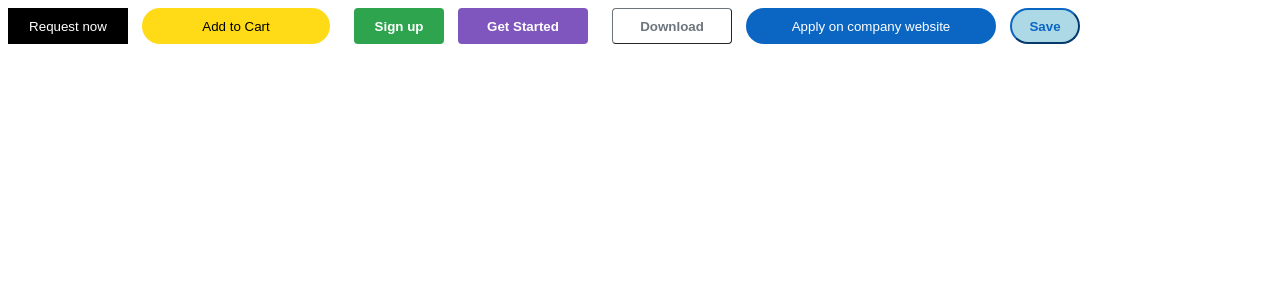
Repository: Kurumilli/Youtube
Page: Exercise3.html
An editor plug-in stored every save of this project. The page is shown before and after the next save, followed by the edit.
The browser window is 1280 px wide. The pictures show the whole page.
The pointer rests on the first visible `.linkedin2q`.

Above is the page before, as saved 2025-01-25 12:45:41.

After the next save:
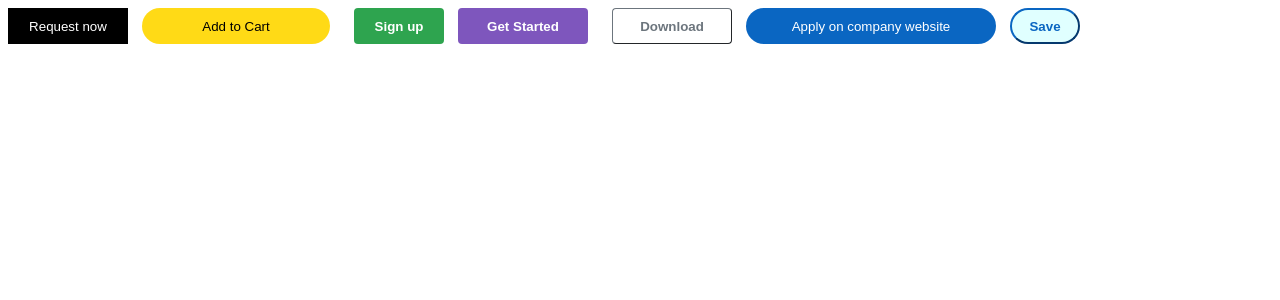
Saved 18 s later.
--- a/Exercise3.html
+++ b/Exercise3.html
@@ -116,7 +116,7 @@
             }
 
             .linkedin2q:hover{
-                 background-color: lightblue;
+                 background-color: lightcyan;
                  font-weight: bold;
                  border-width: 2px;
                  border-color: rgb(10,102,194);
